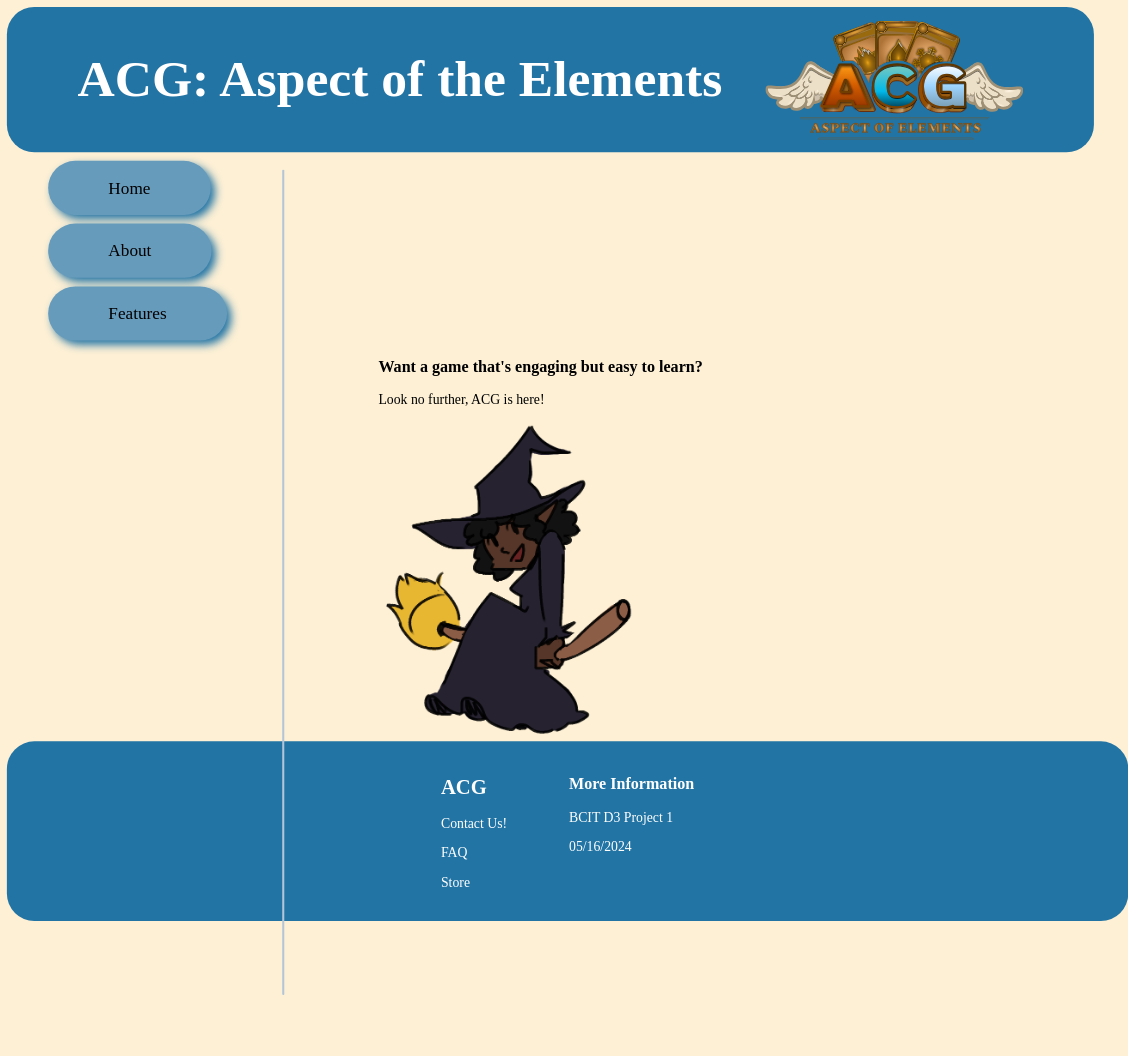
Repository: Delukalgh/ACG
Page: Features.html
These files come from the project's save history. The page is drawn as it stood at one moment and after the next save; the edit follows.
The browser window is 1280 px wide. The page is 1312 px wide, then 1280 px, then 1312 px, so the pictures cover 1312 px, including what lies to the right of the window. The pictures show the whole page, at 86% of full size.

Above is the page before, as saved 2024-05-15 15:31:34.

### Features.html
<!DOCTYPE html>
<html lang="en">

<head>
  <meta charset="UTF-8">
  <meta name="viewport" content="width=device-width, initial-scale=1.0">
  <meta http-equiv="X-UA-Compatible" content="ie=edge">
  <title>ACG Home Page</title>
  <link rel="stylesheet" href="features-style.css">
</head>

<body>
  <script src="index.js"></script>
  <div class="main-container">
    <div class="header-container">
      <h1 class="acg-header">ACG: Aspect of the Elements</h1>
      <img class="acg-logo" src="images/ACG-Logo.svg" alt="acg logo" style="width: 300px;" />
    </div>
    <div class="vertical-line"></div>

    <!--Side Menu-->
    <div class="buttons-container">
      <div class="button">
        <a class="link" href="index.html">
          <button class="about-page">Home</button>
        </a>
      </div>
    <div class="button">
      <a class="link" href="about.html">
        <button class="about-page">About</button>
      </a>
    </div>
    <div class="button">
      <a class="link" href="features.html">
        <button class="about-page">Features</button>
      </a>
    </div>
    </div>

    <!--Content-->
    <div class="features-container">
      <div class="content">
      <h3>Want a game that's engaging but easy to learn?</h3>
      <p>Look no further, ACG is here!</p>
        <img src="images/IllustrationWitchGirl.png" width="300px"/>

      </div>
    </div>

    <!--Footer-->
    <div class="footer-container">
      <div class="footer-group-1">
        <h2>ACG</h2>
        <p>Contact Us!</p>
        <p>FAQ</p>
        <p>Store</p>
      </div>

      <div class="footer-group-2">
        <h3>More Information</h3>
        <p>BCIT D3 Project 1</p>
        <p>05/16/2024</p>
      </div>
    </div>
  </div>
</body>

</html>

### features-style.css
body {
  background-color: #FDF0D5;
}

.main-container {
  position: relative;
  min-height: 100vh;
}
.header-container {
  display: flex;
  background-color: #2274A5;
  padding: 10px;
  justify-content: center;
  border-radius: 32px;
}

.acg-header {
  color: white;
  font-family: cursive;
  font-size: 60px;
}

.acg-logo {
  display: flex;
  margin-left: 50px;
}

.vertical-line {
  border-left: 3px solid #B3C5D7;
  height: 60em;
  position:absolute;
  margin-left: 20em;
  border-radius: 32px;
  margin-top: 20px;
}
.buttons-container {
  width: fit-content;
}
.button {
  display: flex;
  justify-content: center;
  margin-top: 10px;
  justify-content: left;
  margin-left: 3em;
}

.about-page {
  display: flex;
  background-color: #669BBC;
  padding: 20px 70px;
  border-radius: 32px;
  border: none;
  font-size: 20px;
  font-family: cursive;
  box-shadow: 5px 5px 10px #2274A5;
  cursor: pointer;
}

.link {
  text-decoration: none;
}

.footer-container {
  display: flex;
  background-color: #2274A5;
  padding: 20px;
  justify-content: center;
  border-radius: 32px;
  bottom: 0;
  width: 100%;
  color: white;
  font-family: cursive;
}

.footer-group-1 {
margin-right: 10vh;
height: 100%;
}

.features-container {
  margin-left: 60vh;
  position:relative;

}

Loaded but not shown: index.js (no stored copy; drawn as an empty file)

After the next save:
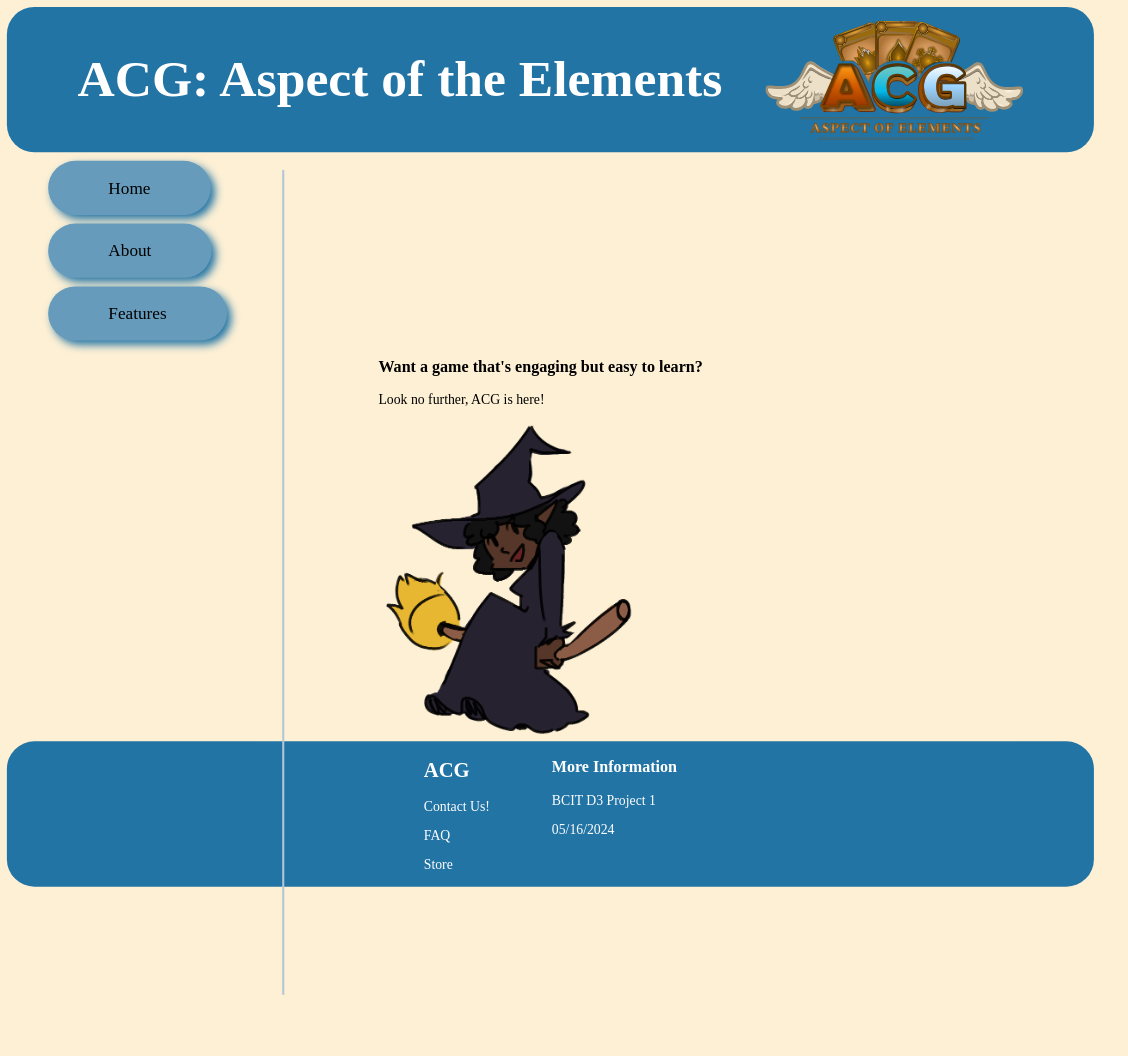
Saved 8 s later.
--- a/features-style.css
+++ b/features-style.css
@@ -63,7 +63,7 @@
 .footer-container {
   display: flex;
   background-color: #2274A5;
-  padding: 20px;
+
   justify-content: center;
   border-radius: 32px;
   bottom: 0;

After the save that followed:
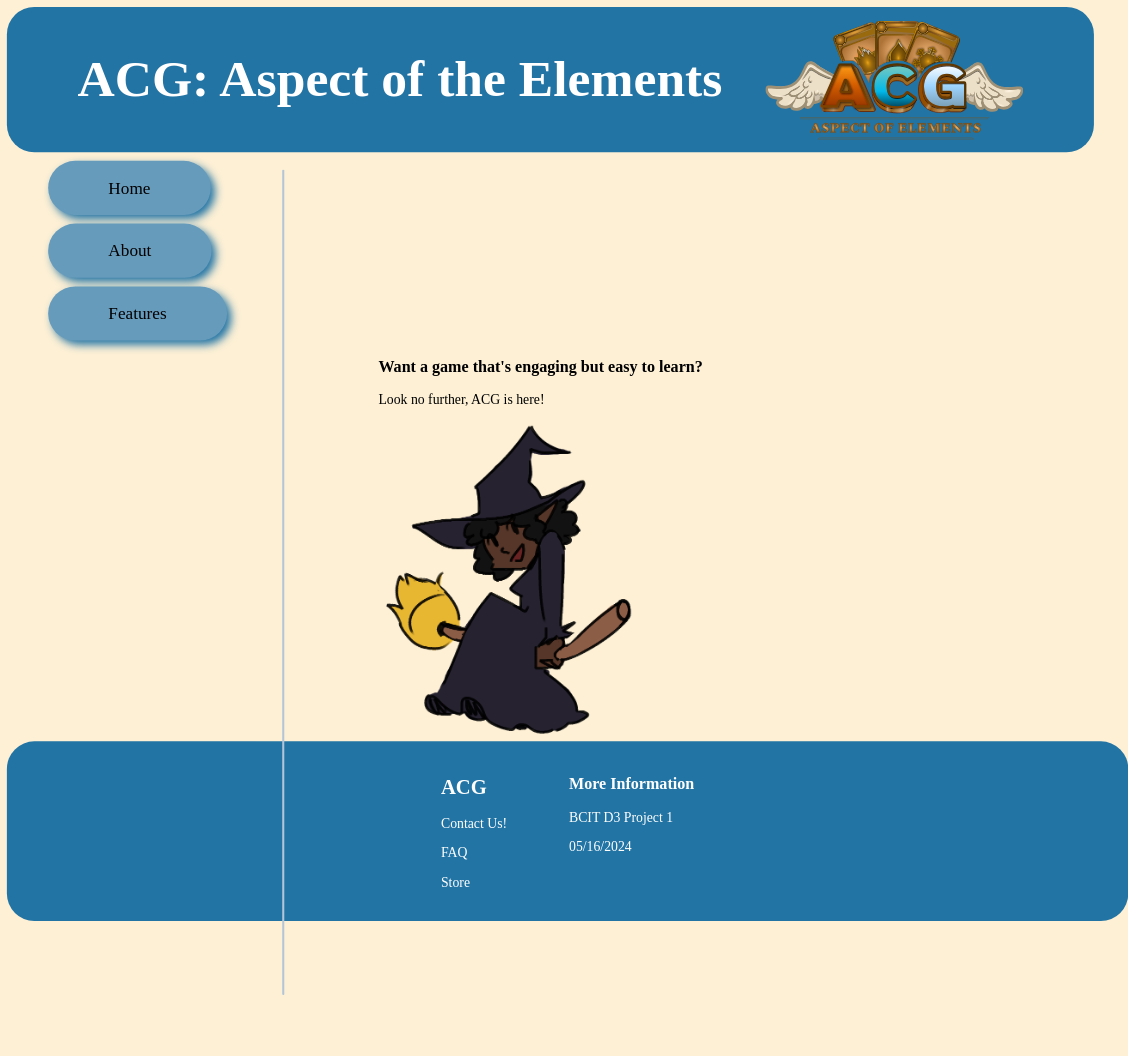
Saved 4 s later.
--- a/features-style.css
+++ b/features-style.css
@@ -63,7 +63,7 @@
 .footer-container {
   display: flex;
   background-color: #2274A5;
-
+  padding: 20px;
   justify-content: center;
   border-radius: 32px;
   bottom: 0;
